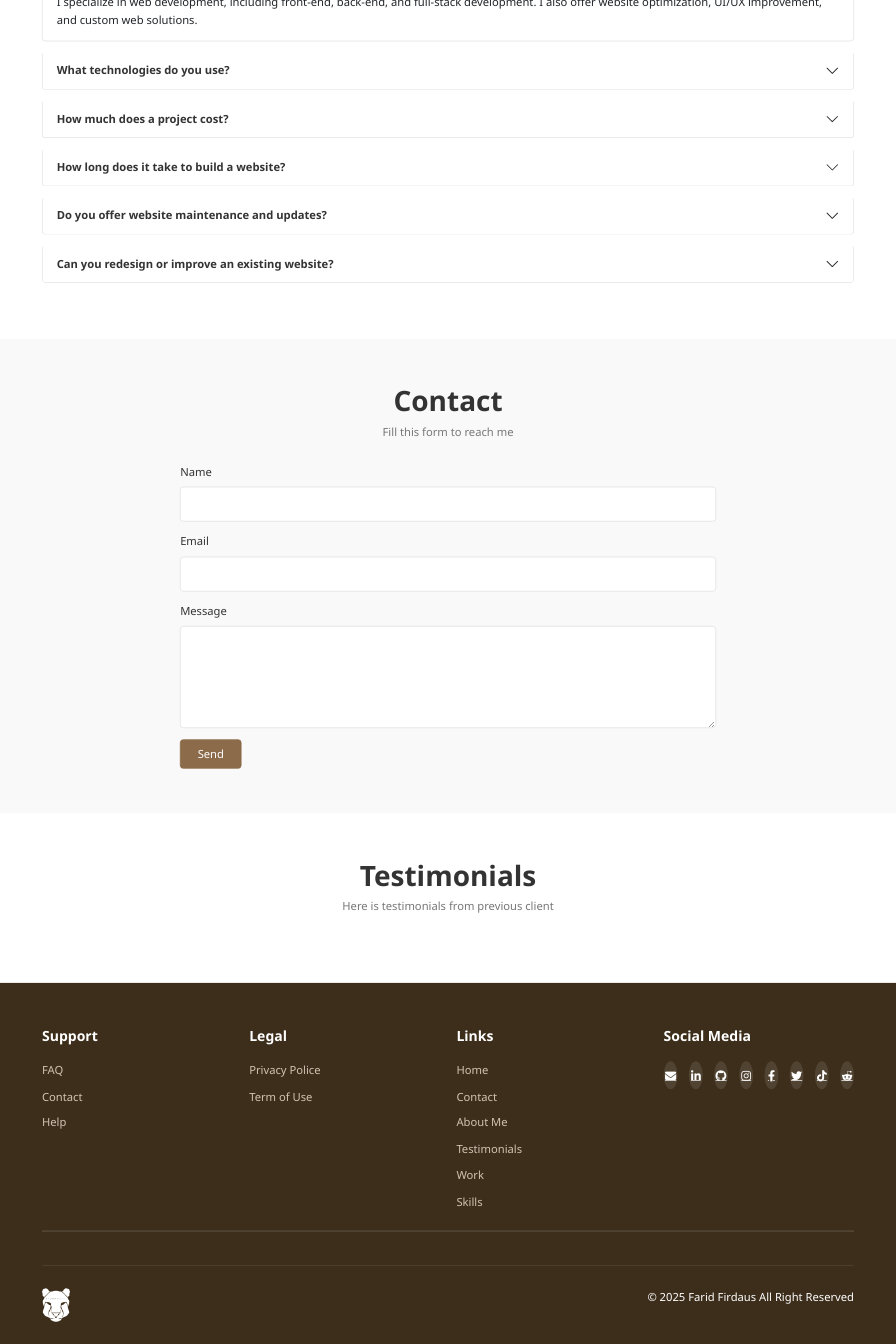
Repository: faridfirdaus-fred/portfolio-pweb
Page: index.html
These files come from the project's save history. The page is drawn as it stood at one moment and after the next save; the edit follows.
The browser window is 1280 px wide. The pictures show the part of the page from y = 2573 to 4493 px (the page is 4493 px tall before and 4401 px after), at 70% of full size.

Above is the page before, as saved 2025-05-12 17:31:48.
Console error (its wording comes from the project's code and is left out).

### index.html
<!DOCTYPE html>
<html lang="en">
<head>
    <meta charset="UTF-8">
    <meta name="viewport" content="width=device-width, initial-scale=1.0">
    <title>Farid Firdaus - Portfolio</title>
    <!-- Bootstrap CSS -->
    <link href="https://cdn.jsdelivr.net/npm/bootstrap@5.3.0/dist/css/bootstrap.min.css" rel="stylesheet">
    <!-- Custom CSS -->
    <link rel="stylesheet" href="css/style.css">
    <!-- Font Awesome -->
    <link rel="stylesheet" href="https://cdnjs.cloudflare.com/ajax/libs/font-awesome/6.4.0/css/all.min.css">
</head>
<body>
    <!-- Header -->
    <header class="sticky-top">
        <nav class="navbar navbar-expand-lg">
            <div class="container">
                <a class="navbar-brand" href="#">
                    <img src="images/logo.png" alt="Logo" width="40">
                </a>
                <button class="navbar-toggler" type="button" data-bs-toggle="collapse" data-bs-target="#navbarNav">
                    <span class="navbar-toggler-icon"></span>
                </button>
                <div class="collapse navbar-collapse" id="navbarNav">
                    <ul class="navbar-nav me-auto">
                        <li class="nav-item">
                            <a class="nav-link" href="#home">Home</a>
                        </li>
                        <li class="nav-item">
                            <a class="nav-link" href="#work">Work</a>
                        </li>
                        <li class="nav-item">
                            <a class="nav-link" href="#about">About Me</a>
                        </li>
                        <li class="nav-item">
                            <a class="nav-link" href="#testimonials">Testimonials</a>
                        </li>
                    </ul>
                    <a href="#contact" class="btn btn-primary">Contact</a>
                </div>
            </div>
        </nav>
    </header>

    <!-- Hero Section -->
    <section id="home" class="hero-section">
        <div class="container">
            <div class="row align-items-center">
                <div class="col-md-6">
                    <h1>Hi Everyone, My Name is Farid Firdaus</h1>
                    <h3>Student</h3>
                    <p>This is my portfolio website where I showcase various projects and accomplishments in the field of web development.</p>
                    <a href="#contact" class="btn btn-primary">Contact Me</a>
                </div>
                <div class="col-md-6 text-center">
                    <img src="images/logo.png" alt="Lion Logo" class="hero-image">
                </div>
            </div>
        </div>
    </section>

    <!-- Work Section -->
    <section id="work" class="work-section">
        <div class="container">
            <h2 class="section-title">Work</h2>
            <p class="section-subtitle">Here is some work I have collaborated with</p>

            <div class="work-filter mb-4">
                <button class="btn btn-sm btn-outline-secondary active" data-filter="all">All</button>
                <button class="btn btn-sm btn-outline-secondary" data-filter="website">Website</button>
                <button class="btn btn-sm btn-outline-secondary" data-filter="design">Design</button>
            </div>

            <div class="row work-gallery" id="work-gallery">
                <!-- Work items will be loaded dynamically from the database -->
            </div>
        </div>
    </section>

    <!-- About Me Section -->
<section id="about" class="about-section">
    <div class="container">
        <h2 class="section-title">About Me</h2>
        <div class="row align-items-center">
            <div class="col-md-6">
                <p class="about-intro">Passionate about crafting modern and efficient web solutions, I enjoy turning ideas into functional digital experiences.</p>

                <div class="about-info">
                    <div class="about-info-item">
                        <i class="fas fa-university about-info-icon"></i>
                        <p>I am Informatics Student at Siliwangi University</p>
                    </div>
                    <div class="about-info-item">
                        <i class="fas fa-laptop-code about-info-icon"></i>
                        <p>I am Passionate to Learn About Development, especially Web Development</p>
                    </div>
                    <div class="about-info-item">
                        <i class="fas fa-brain about-info-icon"></i>
                        <p>It is also possible that I will learn about AI and Machine Learning in the future</p>
                    </div>
                </div>
            </div>
            <div class="col-md-6 text-center">
                <div class="about-icon-container">
                    <i class="fas fa-code fa-8x about-icon"></i>
                </div>
            </div>
        </div>
    </div>
</section>

<!-- Skills Section -->
<section id="skills" class="skills-section">
    <div class="container">
        <h2 class="section-title">My Skills</h2>
        <p class="section-subtitle">Technologies I work with</p>

        <div class="row skills-icons">
            <div class="col-4 col-md-2 skill-item text-center">
                <i class="fab fa-html5 fa-3x"></i>
                <p class="mt-2">HTML5</p>
            </div>
            <div class="col-4 col-md-2 skill-item text-center">
                <i class="fab fa-css3-alt fa-3x"></i>
                <p class="mt-2">CSS3</p>
            </div>
            <div class="col-4 col-md-2 skill-item text-center">
                <i class="fab fa-react fa-3x"></i>
                <p class="mt-2">Next.js</p>
            </div>
            <div class="col-4 col-md-2 skill-item text-center">
                <i class="fas fa-cloud fa-3x"></i>
                <p class="mt-2">Vercel</p>
            </div>
            <div class="col-4 col-md-2 skill-item text-center">
                <i class="fab fa-css3 fa-3x"></i>
                <p class="mt-2">Tailwind</p>
            </div>
            <div class="col-4 col-md-2 skill-item text-center">
                <i class="fab fa-js fa-3x"></i>
                <p class="mt-2">JavaScript</p>
            </div>
            <div class="col-4 col-md-2 skill-item text-center">
                <i class="fab fa-react fa-3x"></i>
                <p class="mt-2">React</p>
            </div>
            <div class="col-4 col-md-2 skill-item text-center">
                <i class="fab fa-php fa-3x"></i>
                <p class="mt-2">PHP</p>
            </div>
            <div class="col-4 col-md-2 skill-item text-center">
                <i class="fas fa-pencil-ruler fa-3x"></i>
                <p class="mt-2">Figma</p>
            </div>
            <div class="col-4 col-md-2 skill-item text-center">
                <i class="fab fa-js-square fa-3x"></i>
                <p class="mt-2">TypeScript</p>
            </div>
        </div>
    </div>
</section>

    <!-- FAQ Section -->
    <section id="faq" class="faq-section">
        <div class="container">
            <h2 class="section-title">FAQ</h2>
            <p class="section-subtitle">Here are some common questions people ask about my services and how I work</p>

            <div class="accordion" id="faqAccordion">
                <div class="accordion-item">
                    <h2 class="accordion-header">
                        <button class="accordion-button" type="button" data-bs-toggle="collapse" data-bs-target="#faq1">
                            What services do you offer?
                        </button>
                    </h2>
                    <div id="faq1" class="accordion-collapse collapse show" data-bs-parent="#faqAccordion">
                        <div class="accordion-body">
                            I specialize in web development, including front-end, back-end, and full-stack development. I also offer website optimization, UI/UX improvement, and custom web solutions.
                        </div>
                    </div>
                </div>

                <div class="accordion-item">
                    <h2 class="accordion-header">
                        <button class="accordion-button collapsed" type="button" data-bs-toggle="collapse" data-bs-target="#faq2">
                            What technologies do you use?
                        </button>
                    </h2>
                    <div id="faq2" class="accordion-collapse collapse" data-bs-parent="#faqAccordion">
                        <div class="accordion-body">
                            I mainly work with JavaScript, React, Next.js, Tailwind CSS, and Express.js for backend development. I also use MongoDB and TypeScript for scalable applications.
                        </div>
                    </div>
                </div>

                <div class="accordion-item">
                    <h2 class="accordion-header">
                        <button class="accordion-button collapsed" type="button" data-bs-toggle="collapse" data-bs-target="#faq3">
                            How much does a project cost?
                        </button>
                    </h2>
                    <div id="faq3" class="accordion-collapse collapse" data-bs-parent="#faqAccordion">
                        <div class="accordion-body">
                            The cost varies based on project complexity. Feel free to contact me with details about your project, and I'll provide a tailored quote.
                        </div>
                    </div>
                </div>

                <div class="accordion-item">
                    <h2 class="accordion-header">
                        <button class="accordion-button collapsed" type="button" data-bs-toggle="collapse" data-bs-target="#faq4">
                            How long does it take to build a website?
                        </button>
                    </h2>
                    <div id="faq4" class="accordion-collapse collapse" data-bs-parent="#faqAccordion">
                        <div class="accordion-body">
                            Project timelines depend on scope and complexity. Simple websites may take 1-2 weeks, while complex applications can take a month or more.
                        </div>
                    </div>
                </div>

                <div class="accordion-item">
                    <h2 class="accordion-header">
                        <button class="accordion-button collapsed" type="button" data-bs-toggle="collapse" data-bs-target="#faq5">
                            Do you offer website maintenance and updates?
                        </button>
                    </h2>
                    <div id="faq5" class="accordion-collapse collapse" data-bs-parent="#faqAccordion">
                        <div class="accordion-body">
                            Yes, I provide ongoing maintenance, updates, and support to ensure your website runs smoothly.
                        </div>
                    </div>
                </div>

                <div class="accordion-item">
                    <h2 class="accordion-header">
                        <button class="accordion-button collapsed" type="button" data-bs-toggle="collapse" data-bs-target="#faq6">
                            Can you redesign or improve an existing website?
                        </button>
                    </h2>
                    <div id="faq6" class="accordion-collapse collapse" data-bs-parent="#faqAccordion">
                        <div class="accordion-body">
                            I can enhance performance, update UI/UX, optimize SEO, and improve overall functionality.
                        </div>
                    </div>
                </div>
            </div>
        </div>
    </section>

    <!-- Contact Section -->
    <section id="contact" class="contact-section">
        <div class="container">
            <h2 class="section-title">Contact</h2>
            <p class="section-subtitle">Fill this form to reach me</p>

            <div class="row justify-content-center">
                <div class="col-md-8">
                    <form id="contactForm">
                        <div class="mb-3">
                            <label for="name" class="form-label">Name</label>
                            <input type="text" class="form-control" id="name" name="name" required>
                        </div>
                        <div class="mb-3">
                            <label for="email" class="form-label">Email</label>
                            <input type="email" class="form-control" id="email" name="email" required>
                        </div>
                        <div class="mb-3">
                            <label for="message" class="form-label">Message</label>
                            <textarea class="form-control" id="message" name="message" rows="5" required></textarea>
                        </div>
                        <button type="submit" class="btn btn-primary">Send</button>
                    </form>
                </div>
            </div>
        </div>
    </section>

    <!-- Testimonials Section -->
    <section id="testimonials" class="testimonials-section">
        <div class="container">
            <h2 class="section-title">Testimonials</h2>
            <p class="section-subtitle">Here is testimonials from previous client</p>

            <div class="row testimonials-carousel" id="testimonials-container">
                <!-- Testimonials will be loaded dynamically -->
            </div>
        </div>
    </section>

    <!-- Footer -->
   <!-- Footer -->
<footer class="footer">
    <div class="container">
        <div class="row">
            <div class="col-md-3">
                <h5>Support</h5>
                <ul class="footer-links">
                    <li><a href="#">FAQ</a></li>
                    <li><a href="#">Contact</a></li>
                    <li><a href="#">Help</a></li>
                </ul>
            </div>
            <div class="col-md-3">
                <h5>Legal</h5>
                <ul class="footer-links">
                    <li><a href="#">Privacy Police</a></li>
                    <li><a href="#">Term of Use</a></li>
                </ul>
            </div>
            <div class="col-md-3">
                <h5>Links</h5>
                <ul class="footer-links">
                    <li><a href="#home">Home</a></li>
                    <li><a href="#contact">Contact</a></li>
                    <li><a href="#about">About Me</a></li>
                    <li><a href="#testimonials">Testimonials</a></li>
                    <li><a href="#work">Work</a></li>
                    <li><a href="#skills">Skills</a></li>
                </ul>
            </div>
            <div class="col-md-3">
                <h5>Social Media</h5>
                <div class="social-icons">
                    <a href="#" class="social-icon-link"><i class="fas fa-envelope"></i></a>
                    <a href="#" class="social-icon-link"><i class="fab fa-linkedin-in"></i></a>
                    <a href="#" class="social-icon-link"><i class="fab fa-github"></i></a>
                    <a href="#" class="social-icon-link"><i class="fab fa-instagram"></i></a>
                    <a href="#" class="social-icon-link"><i class="fab fa-facebook-f"></i></a>
                    <a href="#" class="social-icon-link"><i class="fab fa-twitter"></i></a>
                    <a href="#" class="social-icon-link"><i class="fab fa-tiktok"></i></a>
                    <a href="#" class="social-icon-link"><i class="fab fa-reddit-alien"></i></a>
                </div>
            </div>
        </div>

        <hr class="footer-divider">

        <div class="footer-bottom">
            <div class="row">
                <div class="col-md-6">
                    <img src="images/logo.png" alt="Logo" width="40" class="footer-logo">
                </div>
                <div class="col-md-6 text-md-end">
                    <p>&copy; 2025 Farid Firdaus All Right Reserved</p>
                </div>
            </div>
        </div>
    </div>
</footer>

    <!-- jQuery -->
    <script src="https://code.jquery.com/jquery-3.6.0.min.js"></script>
    <!-- Bootstrap JS -->
    <script src="https://cdn.jsdelivr.net/npm/bootstrap@5.3.0/dist/js/bootstrap.bundle.min.js"></script>
    <!-- Custom JS -->
    <script src="js/main.js"></script>
</body>
</html>

Loaded but not shown: js/main.js (130 lines, source omitted); css/style.css (650 lines, source omitted)

After the next save:
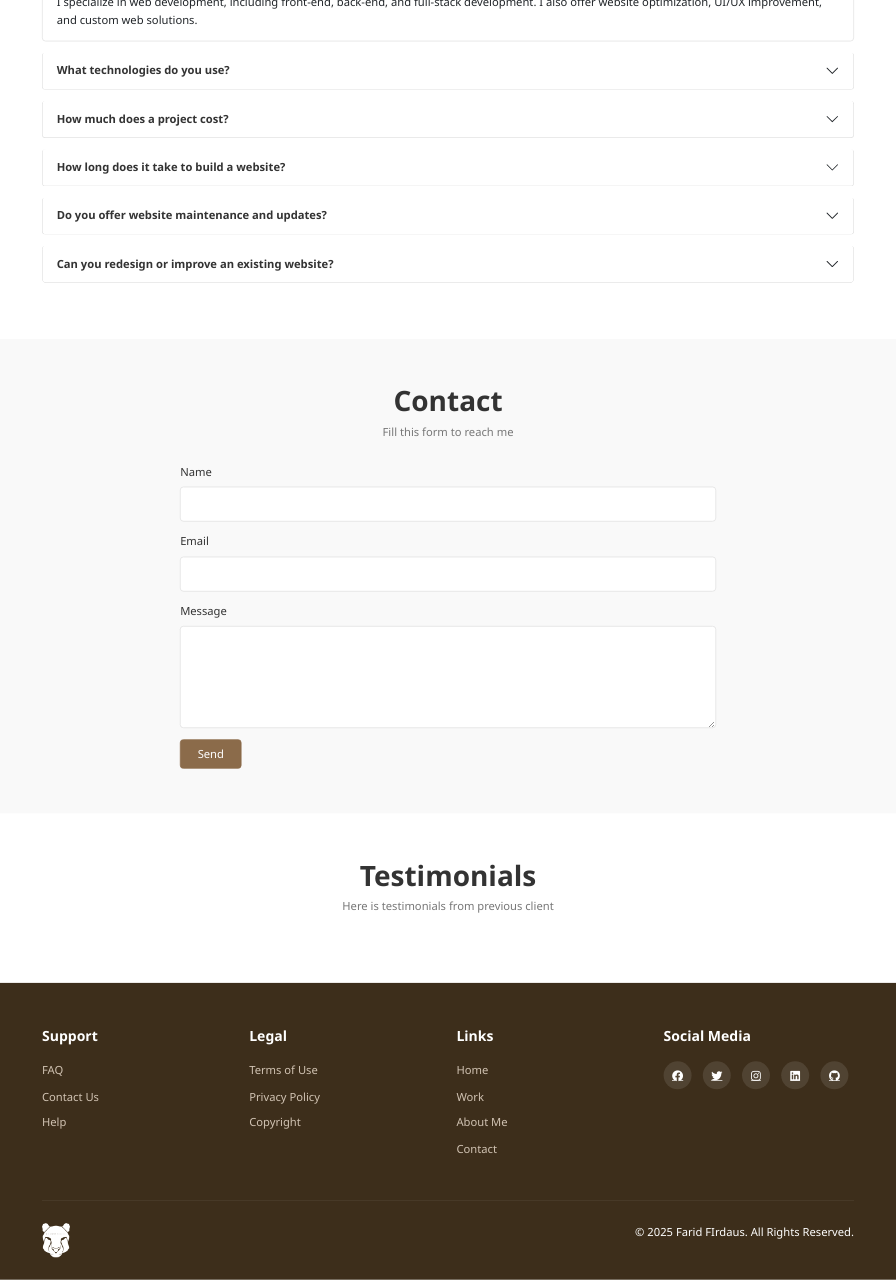
Saved 9 s later.
--- a/index.html
+++ b/index.html
@@ -290,65 +290,58 @@
     </section>
 
     <!-- Footer -->
-   <!-- Footer -->
-<footer class="footer">
-    <div class="container">
-        <div class="row">
-            <div class="col-md-3">
-                <h5>Support</h5>
-                <ul class="footer-links">
-                    <li><a href="#">FAQ</a></li>
-                    <li><a href="#">Contact</a></li>
-                    <li><a href="#">Help</a></li>
-                </ul>
-            </div>
-            <div class="col-md-3">
-                <h5>Legal</h5>
-                <ul class="footer-links">
-                    <li><a href="#">Privacy Police</a></li>
-                    <li><a href="#">Term of Use</a></li>
-                </ul>
-            </div>
-            <div class="col-md-3">
-                <h5>Links</h5>
-                <ul class="footer-links">
-                    <li><a href="#home">Home</a></li>
-                    <li><a href="#contact">Contact</a></li>
-                    <li><a href="#about">About Me</a></li>
-                    <li><a href="#testimonials">Testimonials</a></li>
-                    <li><a href="#work">Work</a></li>
-                    <li><a href="#skills">Skills</a></li>
-                </ul>
-            </div>
-            <div class="col-md-3">
-                <h5>Social Media</h5>
-                <div class="social-icons">
-                    <a href="#" class="social-icon-link"><i class="fas fa-envelope"></i></a>
-                    <a href="#" class="social-icon-link"><i class="fab fa-linkedin-in"></i></a>
-                    <a href="#" class="social-icon-link"><i class="fab fa-github"></i></a>
-                    <a href="#" class="social-icon-link"><i class="fab fa-instagram"></i></a>
-                    <a href="#" class="social-icon-link"><i class="fab fa-facebook-f"></i></a>
-                    <a href="#" class="social-icon-link"><i class="fab fa-twitter"></i></a>
-                    <a href="#" class="social-icon-link"><i class="fab fa-tiktok"></i></a>
-                    <a href="#" class="social-icon-link"><i class="fab fa-reddit-alien"></i></a>
-                </div>
-            </div>
-        </div>
-
-        <hr class="footer-divider">
-
-        <div class="footer-bottom">
+    <footer class="footer">
+        <div class="container">
             <div class="row">
-                <div class="col-md-6">
-                    <img src="images/logo.png" alt="Logo" width="40" class="footer-logo">
-                </div>
-                <div class="col-md-6 text-md-end">
-                    <p>&copy; 2025 Farid Firdaus All Right Reserved</p>
-                </div>
-            </div>
-        </div>
-    </div>
-</footer>
+                <div class="col-md-3">
+                    <h5>Support</h5>
+                    <ul class="footer-links">
+                        <li><a href="#">FAQ</a></li>
+                        <li><a href="#">Contact Us</a></li>
+                        <li><a href="#">Help</a></li>
+                    </ul>
+                </div>
+                <div class="col-md-3">
+                    <h5>Legal</h5>
+                    <ul class="footer-links">
+                        <li><a href="#">Terms of Use</a></li>
+                        <li><a href="#">Privacy Policy</a></li>
+                        <li><a href="#">Copyright</a></li>
+                    </ul>
+                </div>
+                <div class="col-md-3">
+                    <h5>Links</h5>
+                    <ul class="footer-links">
+                        <li><a href="#home">Home</a></li>
+                        <li><a href="#work">Work</a></li>
+                        <li><a href="#about">About Me</a></li>
+                        <li><a href="#contact">Contact</a></li>
+                    </ul>
+                </div>
+                <div class="col-md-3">
+                    <h5>Social Media</h5>
+                    <div class="social-icons">
+                        <a href="#"><i class="fab fa-facebook"></i></a>
+                        <a href="#"><i class="fab fa-twitter"></i></a>
+                        <a href="#"><i class="fab fa-instagram"></i></a>
+                        <a href="#"><i class="fab fa-linkedin"></i></a>
+                        <a href="#"><i class="fab fa-github"></i></a>
+                    </div>
+                </div>
+            </div>
+
+            <div class="footer-bottom">
+                <div class="row">
+                    <div class="col-md-6">
+                        <img src="images/logo.png" alt="Logo" width="40" class="footer-logo">
+                    </div>
+                    <div class="col-md-6 text-md-end">
+                        <p>&copy; 2025 Farid FIrdaus. All Rights Reserved.</p>
+                    </div>
+                </div>
+            </div>
+        </div>
+    </footer>
 
     <!-- jQuery -->
     <script src="https://code.jquery.com/jquery-3.6.0.min.js"></script>
